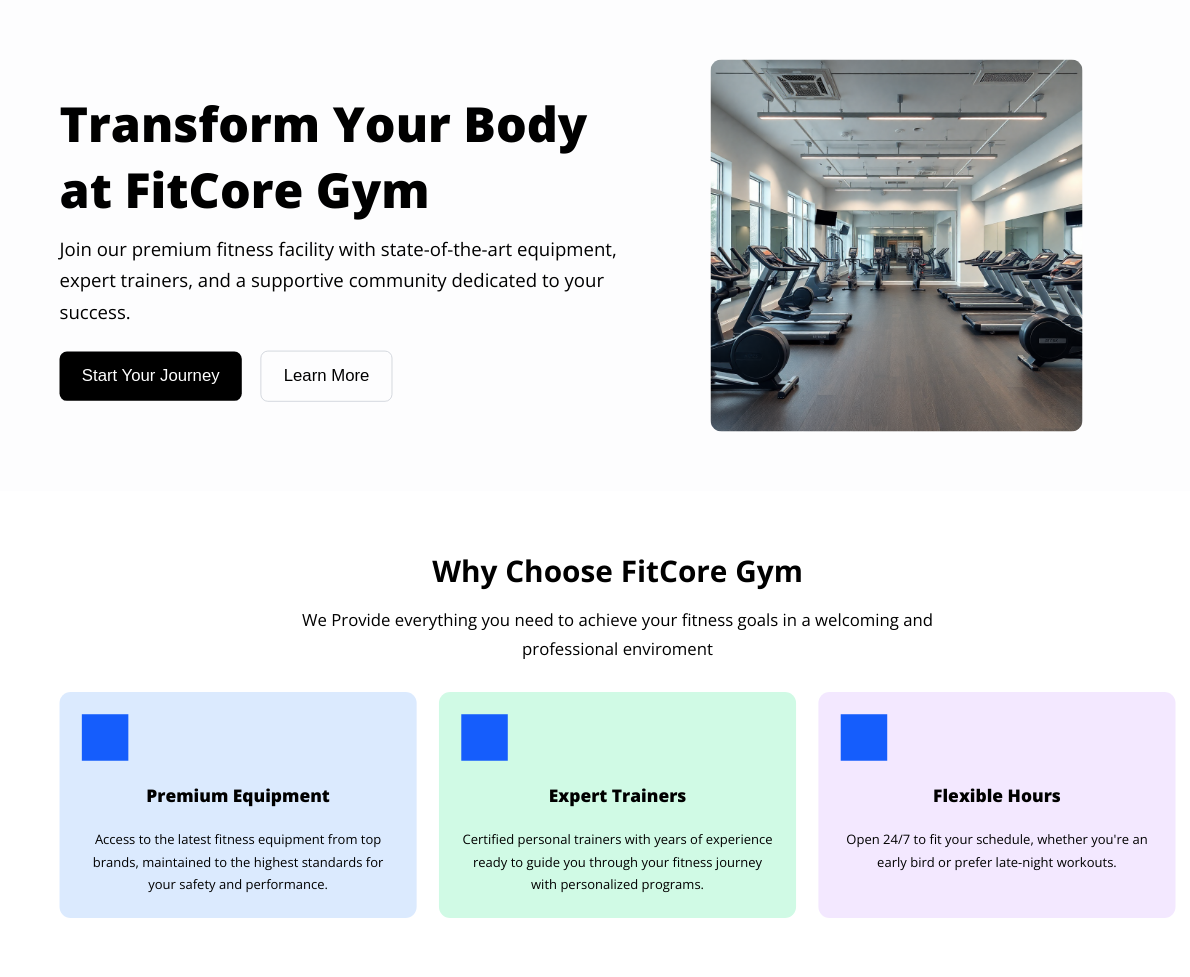
Repository: abdobadawi-ops/Route-Academy-Assignments
Page: Secon Assignment - fit-core-gym/index.html
These files come from the project's save history. The page is drawn as it stood at one moment and after the next save; the edit follows.
The browser window is 1280 px wide. The pictures show the whole page, at 93% of full size.

Above is the page before, as saved 2026-04-28 12:56:33.

After the next save:
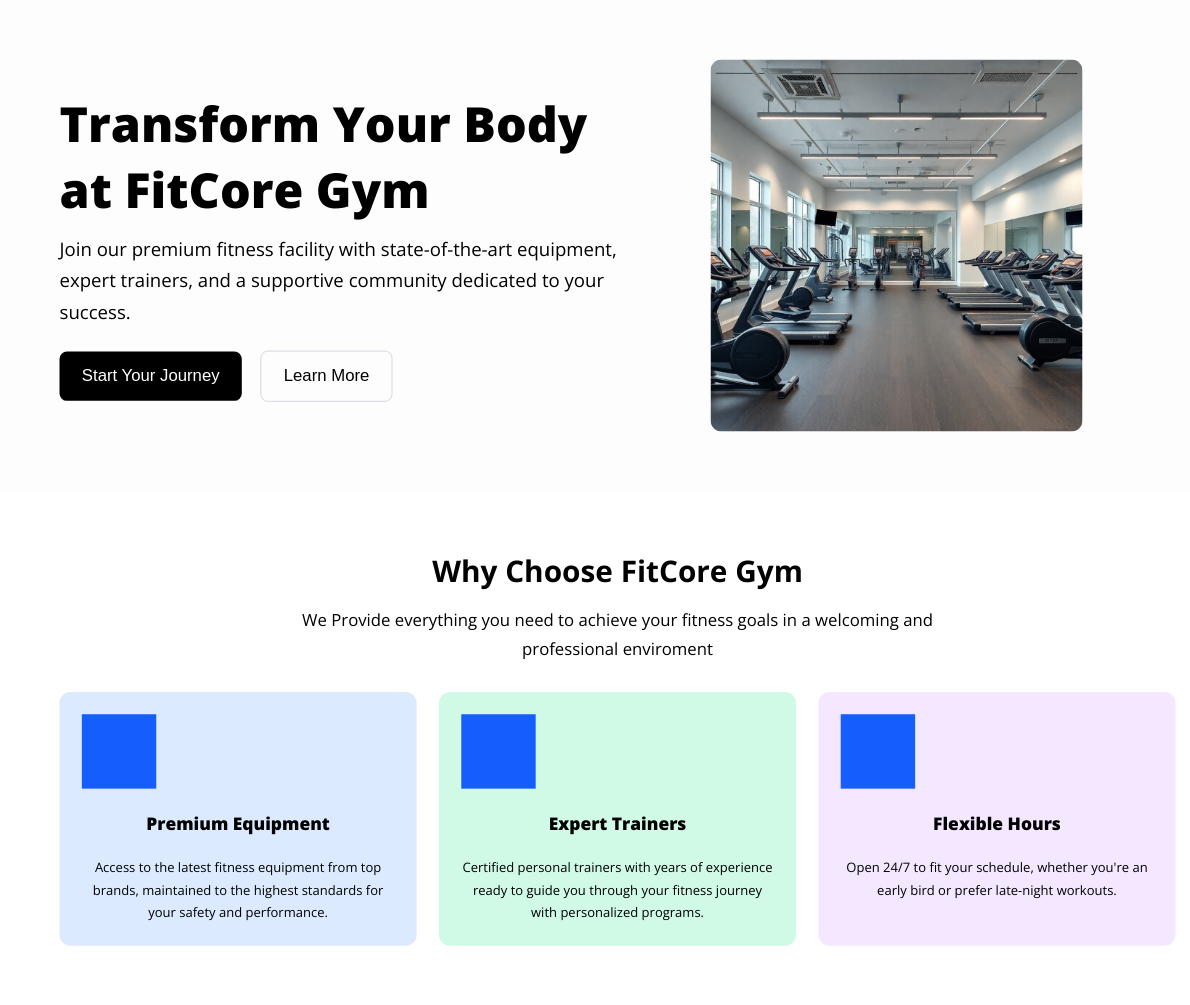
Saved 4 s later.
--- a/Secon Assignment - fit-core-gym/style.css
+++ b/Secon Assignment - fit-core-gym/style.css
@@ -125,8 +125,8 @@ section {
   }
 
   .icon {
-    width: 50px;
-    height: 50px;
+    width: 80px;
+    height: 80px;
     background-color: #155dfc;
   }
 
